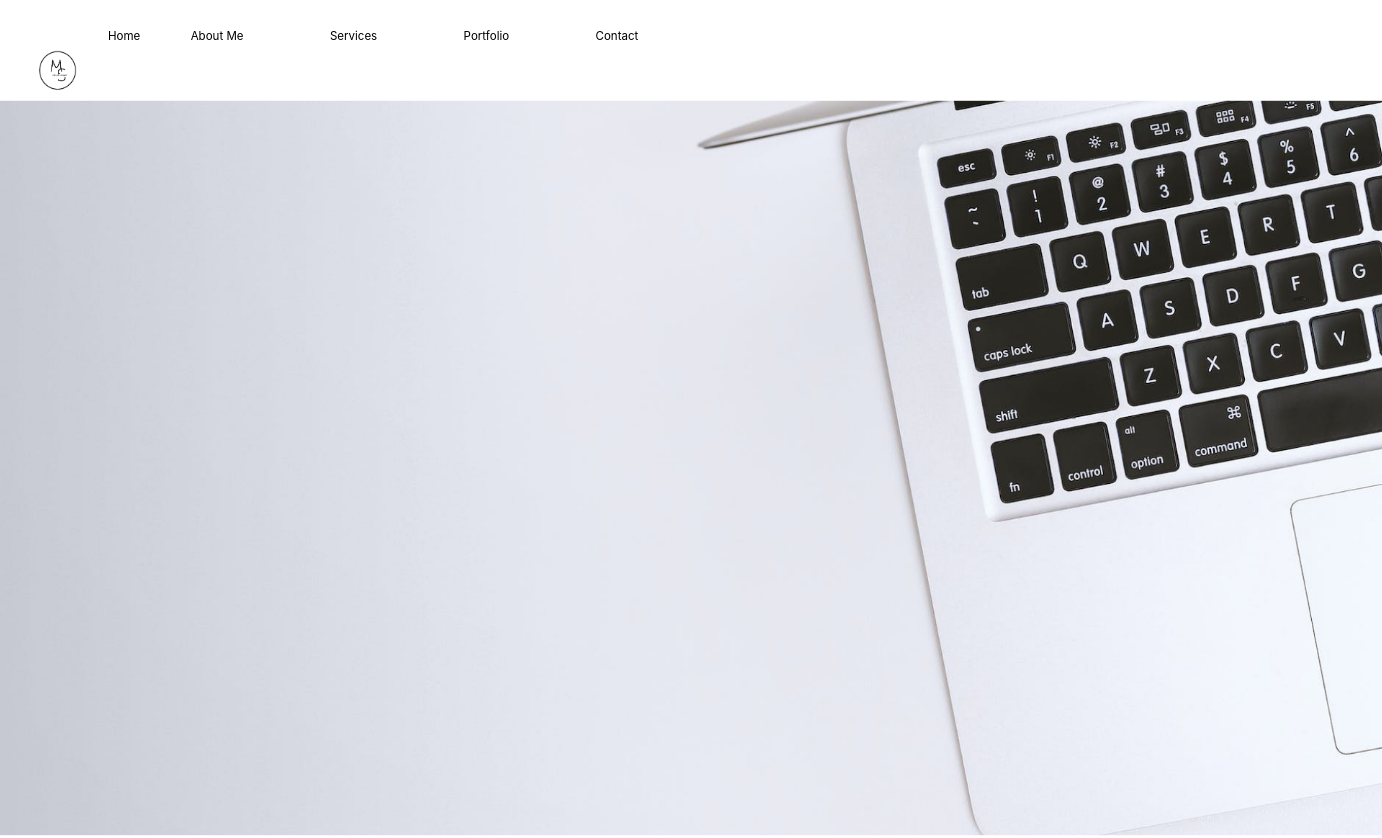
Repository: MEROO1010/Portfolio-2
Page: /
These files come from the project's save history. The page is drawn as it stood at one moment and after the next save; the edit follows.
The browser window is 1280 px wide. The page is 1920 px wide, so the pictures cover 1920 px, including what lies to the right of the window. The pictures show the whole page, at 72% of full size.
The project was rebuilt for these pictures with package versions that can differ from the ones it lists, and the page was loaded fresh each time.

Above is the page before, as saved 2023-12-14 13:44:26.

### src/App.js
import './App.css';
import Home from './components/Home';
import Navbar from './components/Navbar';

function App() {
  return (
    <div className="App">
     <Navbar/>
     <Home/>
    </div>
  );
}

export default App;

### src/components/Home.js
import React from 'react'
import HomeImage from "../images/header background.png";
import styled from "styled-components"


const Home = () => {
  return (
    <Container>
        <img src={HomeImage}alt=""/>
    </Container>
  )
}

const Container = styled.div`
 width: 100%;
`

export default Home

### src/components/Navbar.js
import React from 'react'
import styled from "styled-components"
import MYLOGO from "../images/white logo.png";

const Navbar = () => {
  return (
    <Container>
       <ul>
          <li>Home</li>
          <li>About Me</li>
          <li>Services</li>
          <li>Portfolio</li>
          <li>Contact</li>
       </ul>

       <Logo>
       <img src={MYLOGO}alt=""/>
       </Logo>
    </Container>
  )
}


const Container = styled.div `
  padding-top:40px;
  background-color:white;
  ul{
   list-style-type: none;
  margin: 0;
  padding: 10;
  top: 20px;
  overflow: hidden;
  }

  li {
    position:sticky;
    left:50px;
  float: left;
  padding-left: 60px;
  margin-right:60px;


}
li a {
  display: block;
  color: white;
  text-align: center;
  padding: 16px;
  text-decoration: none;
}

li a:hover {
  background-color: #111111;
}
`

const Logo = styled.div `
 img{
 width:80px;
 height:80px;
 float: left;
 margin-left:40px;


 }
`

export default Navbar

Loaded but not shown: public/index.html (common file); src/index.js (common file); src/index.css (common file); src/reportWebVitals.js (common file); src/App.css (common file)

After the next save:
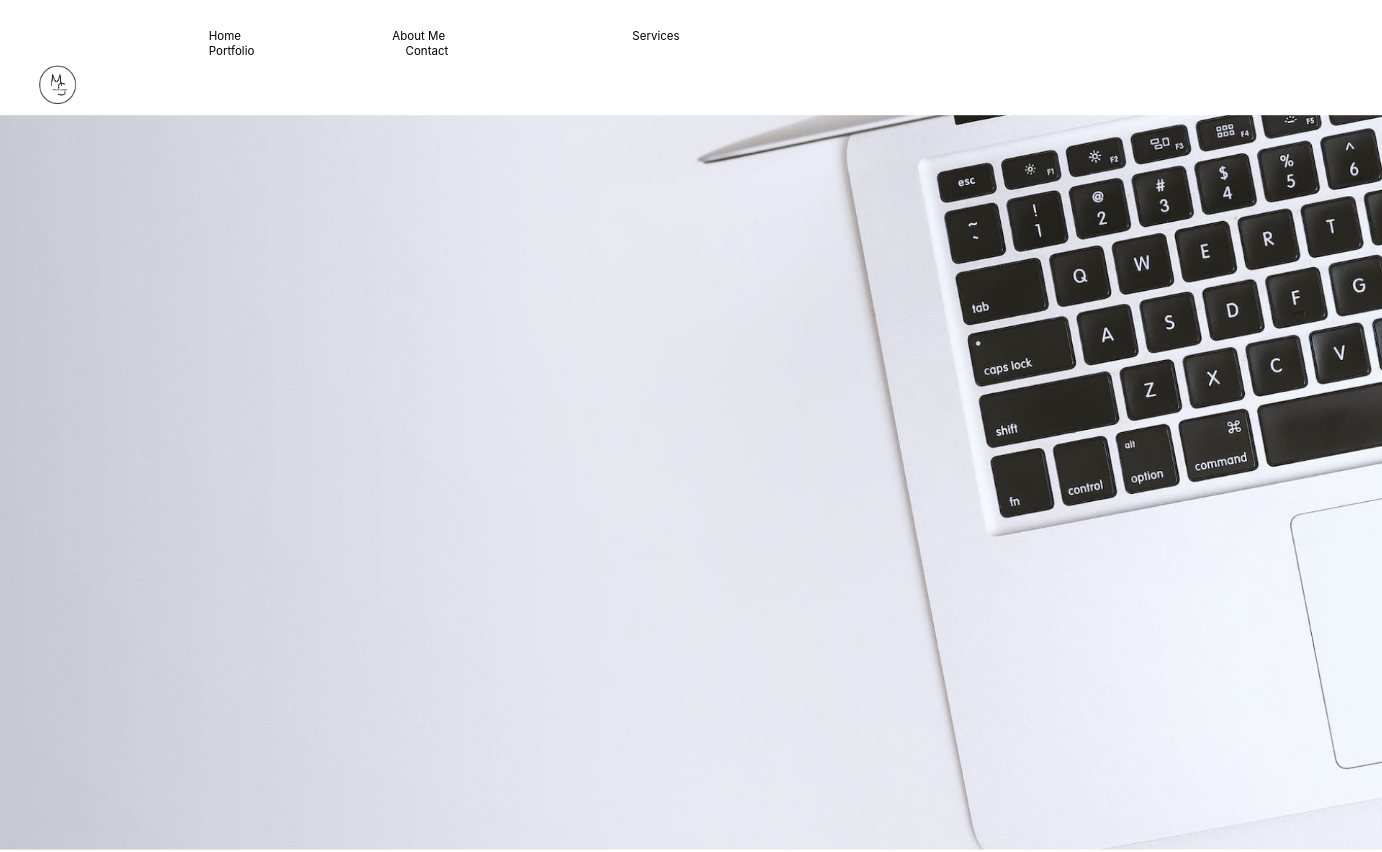
Saved 5 s later.
--- a/src/components/Navbar.js
+++ b/src/components/Navbar.js
@@ -36,7 +36,7 @@
     position:sticky;
     left:50px;
   float: left;
-  padding-left: 60px;
+  padding-left: 200px;
   margin-right:60px;
 
 

After the save that followed:
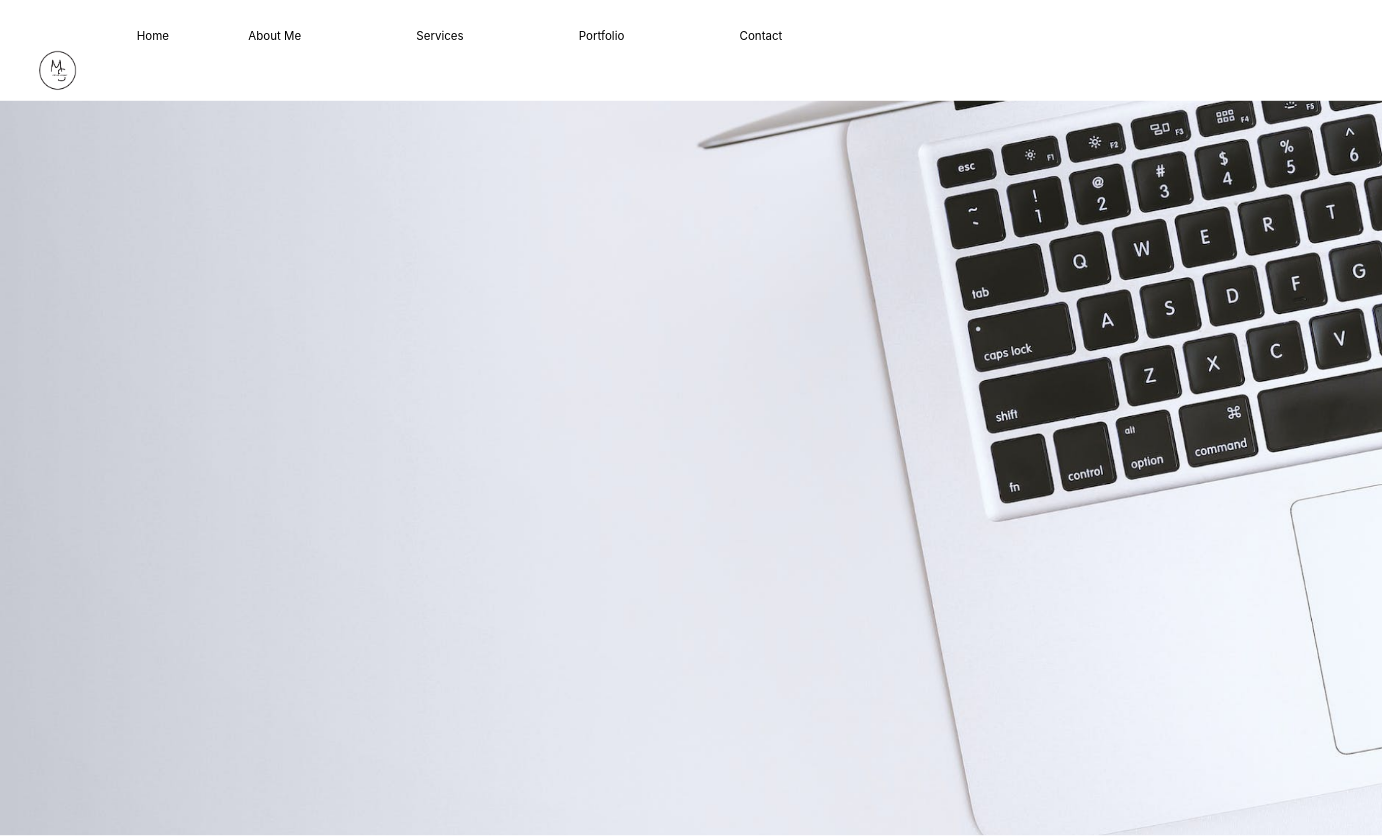
Saved 6 s later.
--- a/src/components/Navbar.js
+++ b/src/components/Navbar.js
@@ -36,7 +36,7 @@
     position:sticky;
     left:50px;
   float: left;
-  padding-left: 200px;
+  padding-left: 100px;
   margin-right:60px;
 
 
